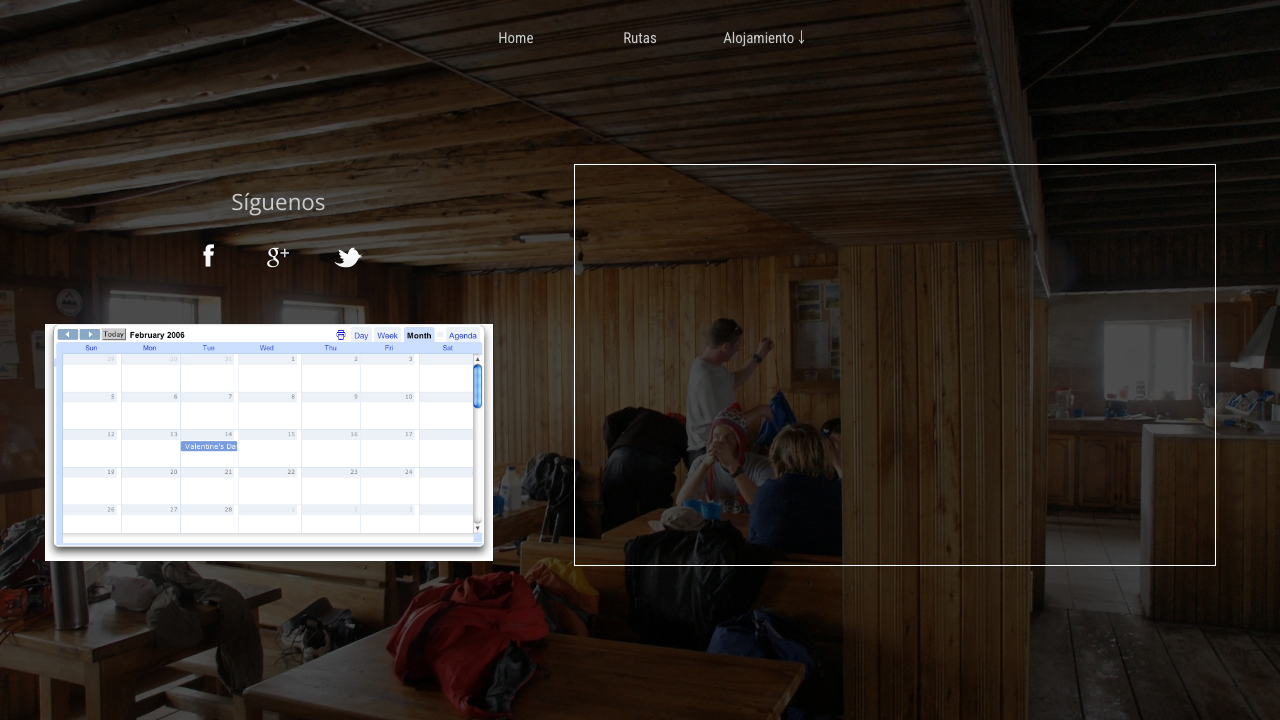
Repository: Croqueta-OPS/proyecto-pyrenees
Page: alojamiento.html
The author's editor kept a record of every edit. The page is drawn from the files as they stood at one moment, then again after the next edit.
The browser window is 1280 px wide. The pictures show the whole page.

Above is the page before.

After the next edit:
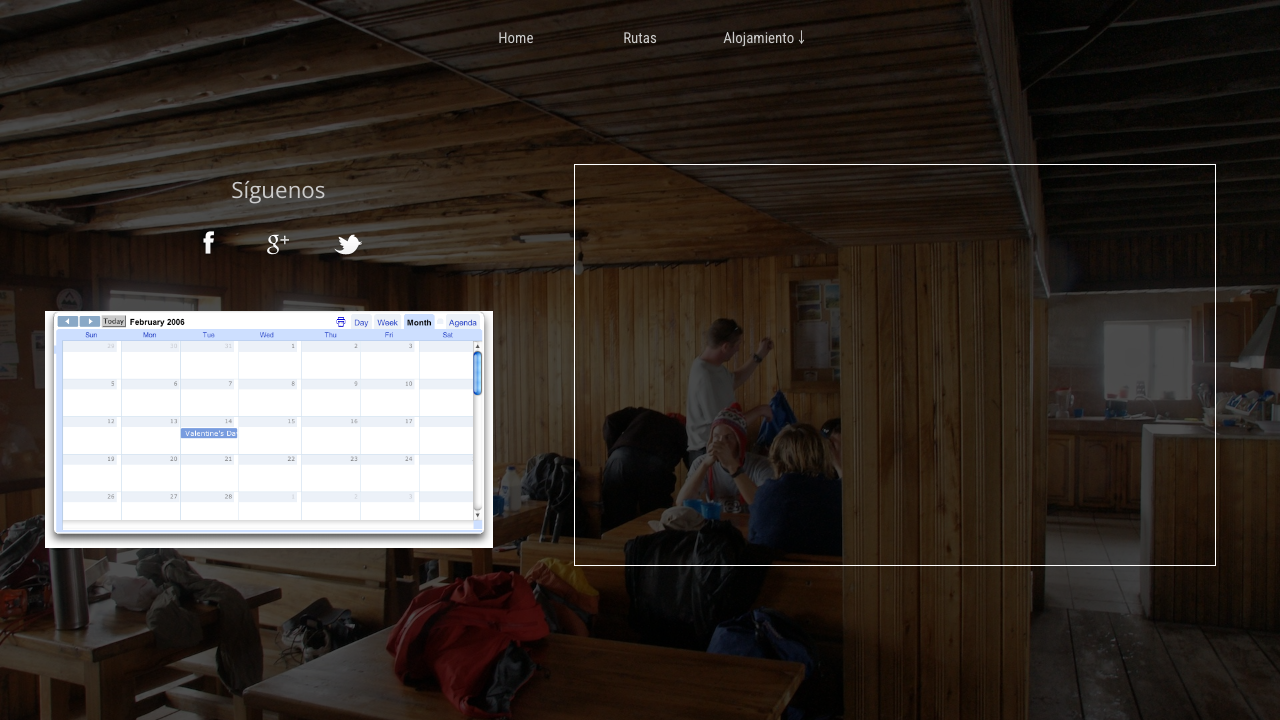
The edit:
--- a/css/camping.css
+++ b/css/camping.css
@@ -36,7 +36,7 @@
 }
 
 .leftContainer {
-    margin-top: 5%;
+    margin-top: 4%;
     width: 35%;
     float: left;
     margin-left: 2.5%;
